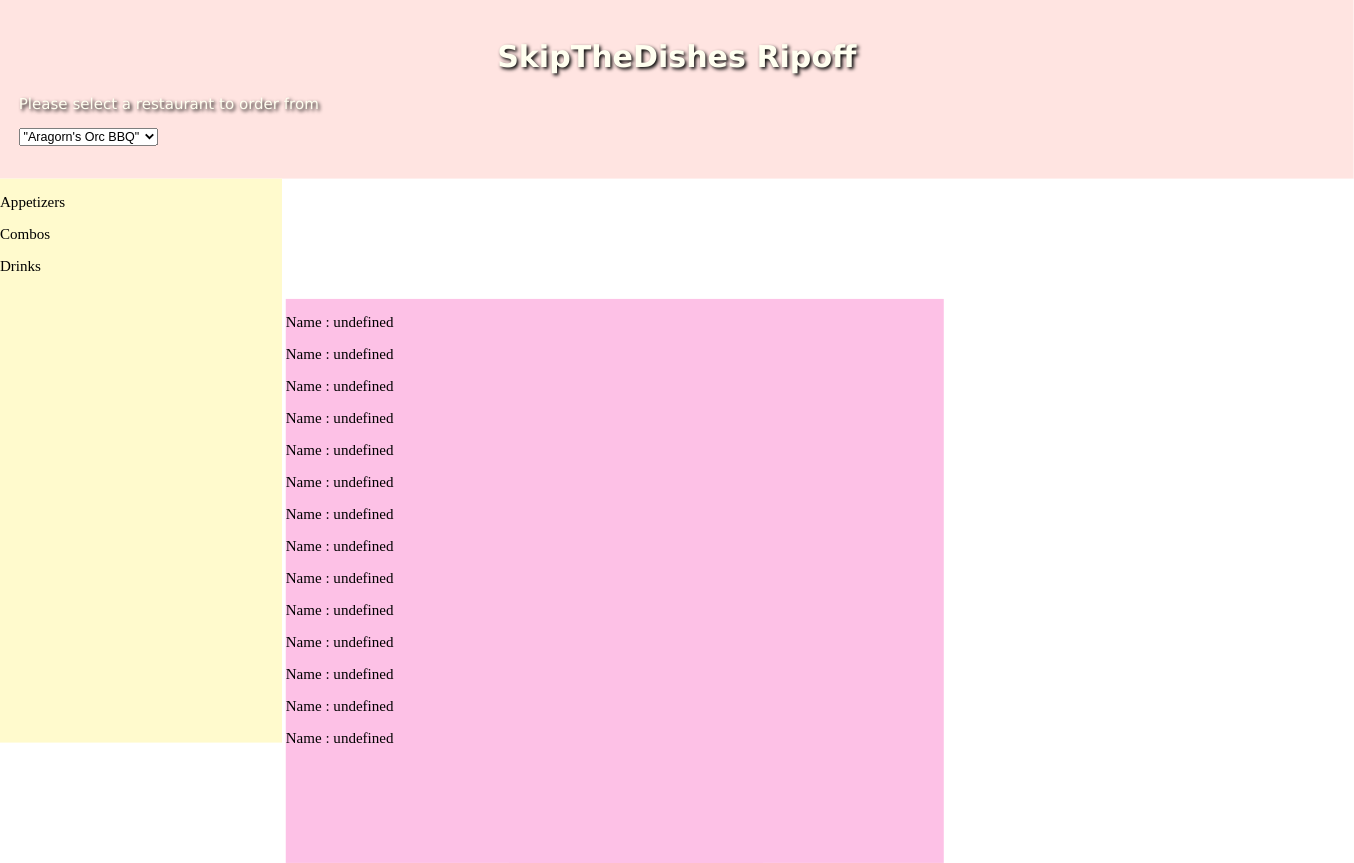
Repository: hudaali14/Carleton
Page: 2406/Assignments/Assignment1 (97)/order.html
The author's editor kept a copy of each file at every save. The page is drawn from the files as they stood at one save, then again after the next save.
The browser window is 1280 px wide. The page is 1440 px wide, so the pictures cover 1440 px, including what lies to the right of the window. The pictures show the whole page, at 94% of full size.
After loading, the first visible `#dropdown` was changed once.

Above is the page before, as saved 2020-01-25 19:19:50.

After the next save:
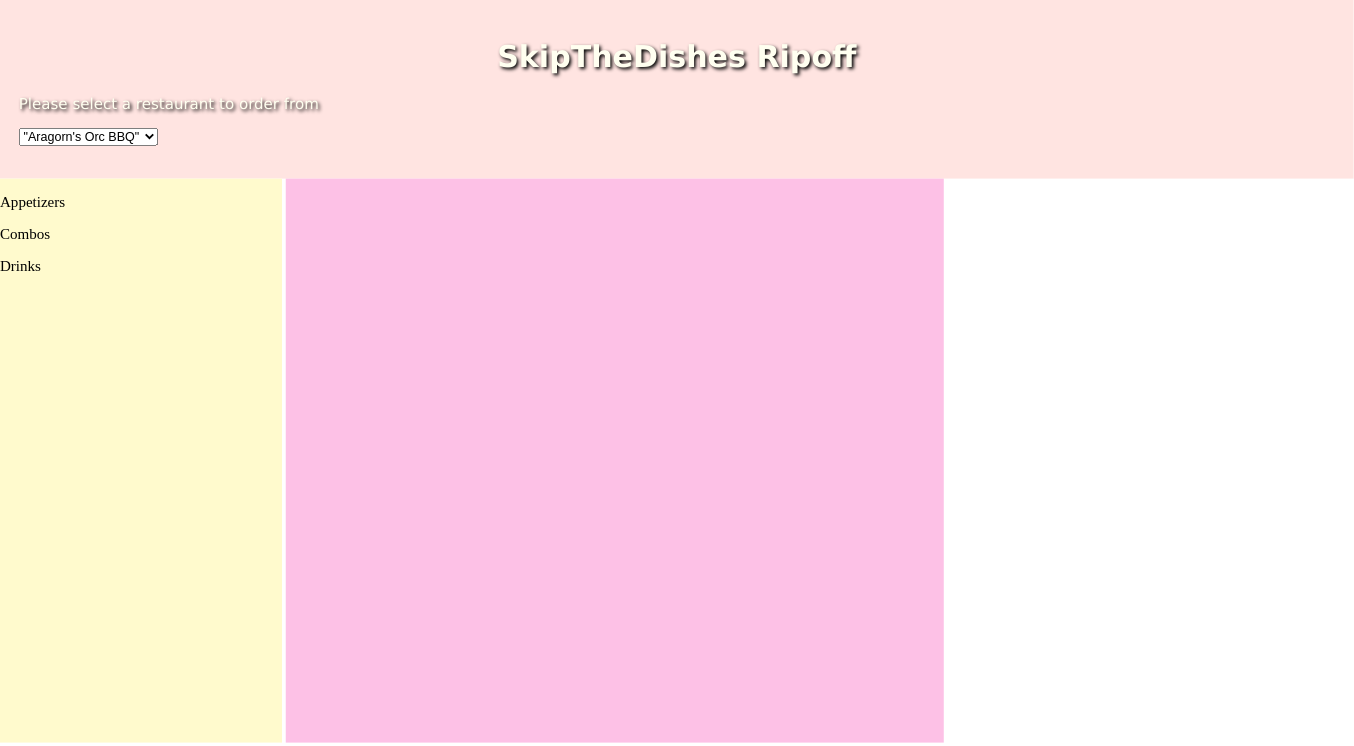
Console error: TypeError: Cannot read properties of undefined (reading 'Appetizers')
Saved 49 s later.
--- a/2406/Assignments/Assignment1 (97)/client.js
+++ b/2406/Assignments/Assignment1 (97)/client.js
@@ -336,7 +336,7 @@
 	for(let i=0; i<14; i++){
 		let item = document.createElement("p");
 		item.innerHTML+="Name : ";
-		item.innerHTML+=categoryItems[i];
+		item.innerHTML+=categoryItems[i].Appetizers;
 		itemMenu.appendChild(item);
 	}
 }
